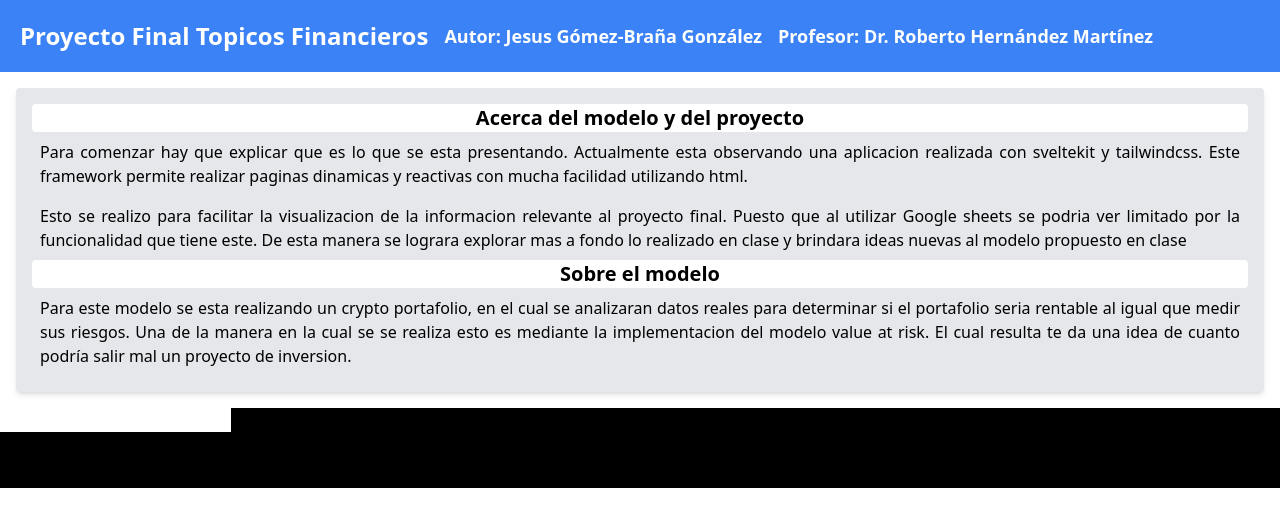
Repository: SistemaACT/Portafolio
Page: /
These files come from the project's save history. The page is drawn as it stood at one moment and after the next save; the edit follows.
The browser window is 1280 px wide. The pictures show the whole page.
The page's requests for data from a server got no answer. The project was rebuilt for these pictures with package versions that can differ from the ones it lists, and the page was loaded fresh each time. The framework's server and built-in components were replaced by stand-ins that run in the browser. No one was signed in, and anything a server would have sent is missing. Also part of the build but not shown: svelte.config.js, vite.config.ts.

Above is the page before, as saved 2024-07-07 12:19:49.

After the next save:
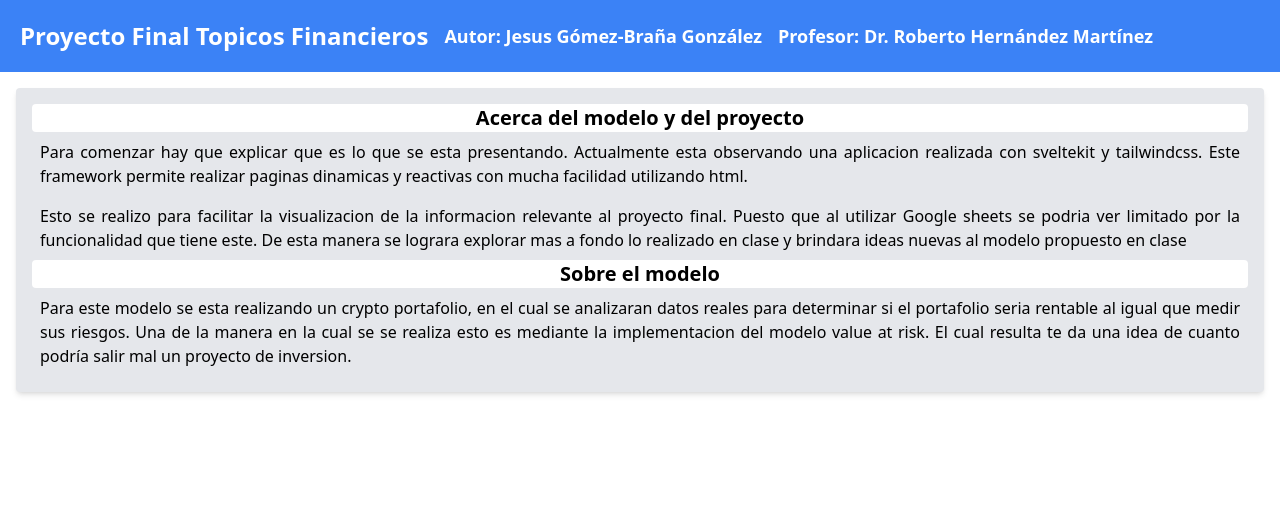
Saved 39 s later.
--- a/src/routes/+page.svelte
+++ b/src/routes/+page.svelte
@@ -57,7 +57,7 @@
     </p>
 </div>
 
-<form class="w-full bg-black h-20" >
+<form class="w-full" >
 <input type="text" list="selected_coin">
 <datalist class="border border-black bg-white h-10 w-10" id="Selected_coin" >
 {#if coins}
